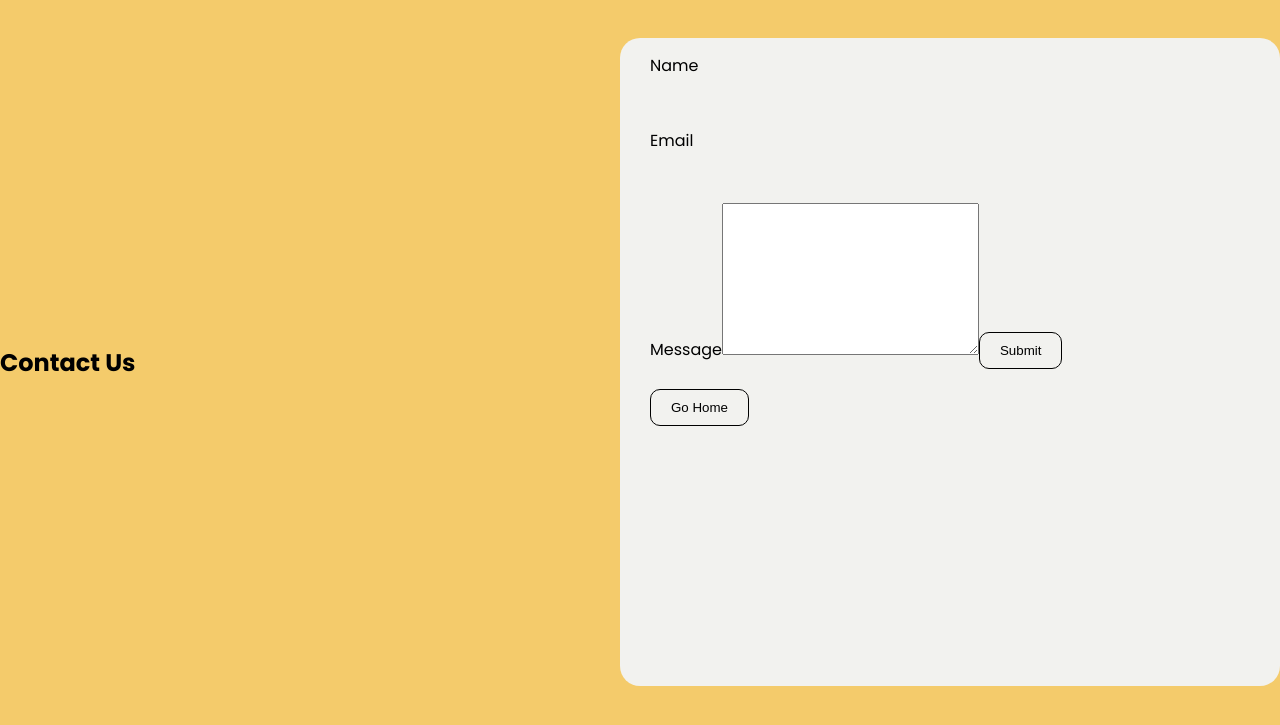
Repository: ble-syn/Random-user-generator-app
Page: /contact
These files come from the project's save history. The page is drawn as it stood at one moment and after the next save; the edit follows.
The browser window is 1280 px wide. The pictures show the whole page.
The project was rebuilt for these pictures with package versions that can differ from the ones it lists, and the page was loaded fresh each time. Also part of the build but not shown: src/components/Navbar.jsx, src/components/pagination.jsx, src/components/ErrorFallback.jsx, src/components/User.jsx, src/pages/Home.jsx, src/pages/About.jsx, src/pages/Vision.jsx, src/pages/Mission.jsx and 1 more.

Above is the page before, as saved 2022-10-28 19:08:55.

### src/index.css
@import url("https://fonts.googleapis.com/css2?family=Poppins:ital,wght@0,200;0,300;0,400;0,500;0,600;0,700;1,400&display=swap");
*{
  margin: 0;
  padding: 0;
  box-sizing: border-box;
}
a {
  text-decoration: none;
  color: #000;
}
ul{
  list-style: none;
}
body {
  background-color: #F4CB6B;
  font-family: "Poppins", sans-serif;
}
.container {
  width: 100%;
  max-width: 1300px;
  margin: 3% auto;

}

nav {
  display: flex;
  justify-content: first baseline;
  margin-bottom: 100px;
}
.logo{
  margin-right: 5px;
}
.menu {
  margin: 0 20px;
}

.home-container{
  display: flex;
  align-items: center;
}
/* LEFT STYLES */
#left {
  flex: 5;
}
#left h1 {
  font-size: 3rem;
  font-weight: 700;
  margin-bottom: 20px;
}
#left p {
  font-size: 1.2rem;
  margin-bottom: 20px;
}
.search-input {
  width: 80%;
  background-color: #dadada;
  border-radius: 12px;
  border: none;
  display: flex;
  place-items: center;
  padding-left: 15px;
  margin: 50px 0;
}
input {
  border: none;
  border-radius: 12px;
  background-color: inherit;
  width: 100%;
  height: 50px;
  padding-left: 5px;
  font-size: 20px;
}
input:focus {
  outline: none;
}
input::placeholder {
  color: #171717;
}
.user-link-cont {
  margin-top: 70px;
}
.user-link{
  margin-right: 80px;
  padding: 30px;
  border-radius: 10px;
  color: #FFF;
  cursor: pointer;
  border: none;
  box-shadow: 0px 2px 5px  rgba(0, 0, 0, 0.5);
}
.all-user {
  background-color: #BF9679;
}
.f-user{
  background-color: #F97661;
}
.m-user{
background-color: #8DCC50;
}

#right{
  height: 90vh;
  flex: 5;
  margin-left: 20px;
  background-color: #F2F2EF;
  border-radius: 20px;
  padding: 15px 30px;

}

.usercard {
  background-color: #F2F2EF;
  border-radius: 20px;
  display: flex;
  justify-content: space-between;
  align-items: center;
  padding: 20px;
  margin: 20px 0;
  box-shadow: 0px 2px 5px rgba(0, 0, 0, 0.5);
}

.usercard img {
 border: 5px solid #BF9679;;
  border-radius: 50%;
  margin: 5px 0;
}

.pagination {
  display: flex;
  justify-content: center;
  align-items: center;
  gap: 12px;
  margin: 20px 0;
}

.pagination-num {
  display: flex;
  justify-content: center;
  align-items: center;
  gap: 12px;
}

.pagination-child,
.prev,
.next {
  opacity: 1;
  border: 1px solid #000;
  padding: 8px 16px;
  cursor: pointer;
  border-radius: 10px;
  transition: all 0.3s ease;
}

.pagination-child:hover,
.prev:hover,
.next:hover {
  transform: scale(1.1);
}

.disabled {
  opacity: 0.5;
  cursor: not-allowed;
}
.notfound {
  display: flex;
  flex-direction: column;
  justify-content: center;
  align-items: center;
  height: 70vh;
  font-size: 2rem;
  font-weight: 700;
}
.notfound img{
  height: 200px;
}
button {
  margin-top: 20px;
  padding:10px 20px;
  background: none;
  border-radius: 10px;
  border: 1px solid black;
}

### src/App.js
import { BrowserRouter as Router, Routes, Route, Navigate} from "react-router-dom";
import Navbar from "./components/Navbar";
import Home from "./pages/Home";
import About from "./pages/About";
import Policy from "./pages/Vision";
import Terms from "./pages/Mission";
import Contact from "./pages/Contact";
import NotFound from "./pages/NotFound";
import Mission from "./pages/Mission";
import Vision from "./pages/Vision";

function App() {
  return (
    <div className="container">
      <Router>
        <Routes>
          <Route path="/" element={<Home />} />
          <Route path="/about" element={<About />}>
            <Route path="mission" element={<Mission />} />
            <Route path="vision" element={<Vision />} />
          </Route>
          <Route path="/contact" element={<Contact />} />
          <Route path="/not-found" element={<NotFound />} />
          <Route path="*" element={<Navigate to="/not-found" />} />
        </Routes>
      </Router>

    </div>
  );
}

export default App;

### src/pages/Contact.jsx
import React from "react";
import {useNavigate} from "react-router-dom";

function Contact() {
  const navigate = useNavigate()
  const  goHome =(event) =>{
    event.preventDefault()
    navigate("/")
}
  return (
    <div className="home-container">
      <div id="left">
        <h2>Contact Us</h2>
      </div>

      <div id="right">
       <form>
          <label htmlFor="name">Name</label>
          <input type="text" name="name" id="name" />
          <label htmlFor="email">Email</label>
          <input type="email" name="email" id="email" />
          <label htmlFor="message">Message</label>
          <textarea name="message" id="message" cols="30" rows="10"></textarea>
          <button type="submit">Submit</button>
       </form>
        <button onClick={goHome}>Go Home</button>
      </div>
    </div>
  );
}

export default Contact;

Loaded but not shown: public/index.html (common file); src/index.js (common file); src/reportWebVitals.js (common file)

After the next save:
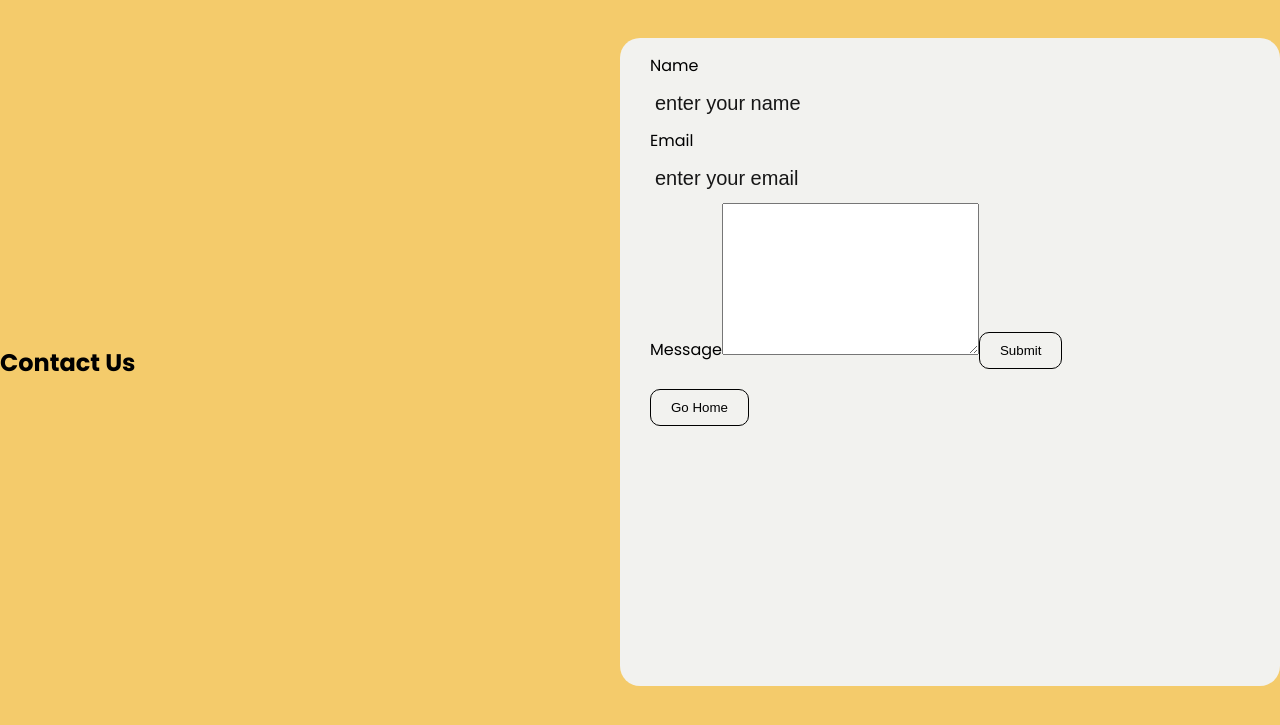
Saved 52 s later.
--- a/src/pages/Contact.jsx
+++ b/src/pages/Contact.jsx
@@ -16,9 +16,9 @@ function Contact() {
       <div id="right">
        <form>
           <label htmlFor="name">Name</label>
-          <input type="text" name="name" id="name" />
+          <input type="text" name="name" id="name" placeholder="enter your name"/>
           <label htmlFor="email">Email</label>
-          <input type="email" name="email" id="email" />
+          <input type="email" name="email" id="email" placeholder="enter your email" />
           <label htmlFor="message">Message</label>
           <textarea name="message" id="message" cols="30" rows="10"></textarea>
           <button type="submit">Submit</button>
